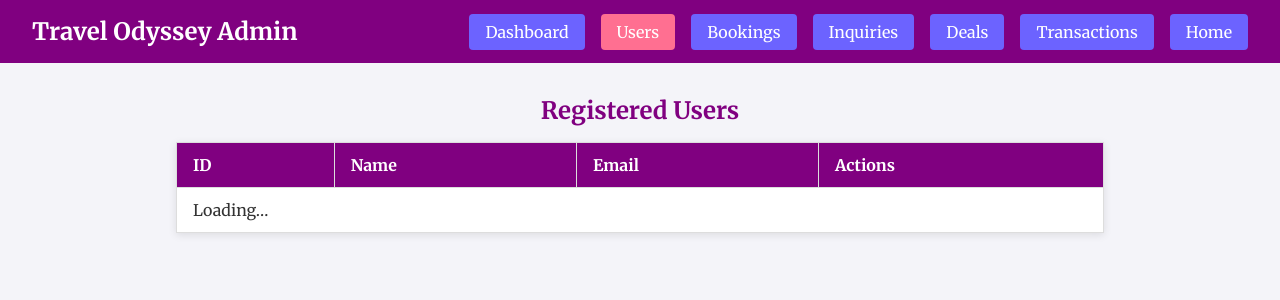
Repository: GHzPhoenix/Project-Odyssey
Page: Frontend/admin-users.html
An editor plug-in stored every save of this project. The page is shown before and after the next save, followed by the edit.
The browser window is 1280 px wide. The pictures show the whole page.
The page's requests for data from a server got no answer.

Above is the page before, as saved 2025-07-20 13:42:41.

### Frontend/admin-users.html
<!DOCTYPE html>
<html lang="en">
  <head>
    <meta charset="UTF-8" />
    <meta name="viewport" content="width=device-width, initial-scale=1.0" />
    <title>Admin – User Management | Travel Odyssey</title>
    <link rel="stylesheet" href="/Frontend/css/admin-users.css" />
  </head>
  <body>
    <header>
      <nav>
        <div class="logo">Travel Odyssey Admin</div>
        <ul>
          <li><a href="admin.html">Dashboard</a></li>
          <li><a href="admin-users.html" class="active">Users</a></li>
          <li><a href="admin-bookings.html">Bookings</a></li>
          <li><a href="inquiries.html">Inquiries</a></li>
          <li><a href="add-deal.html">Deals</a></li>
          <li><a href="transactions.html">Transactions</a></li>
          <li><a href="index.html">Home</a></li>
        </ul>
      </nav>
    </header>

    <main>
      <h2 class="section">Registered Users</h2>
      <table id="users-table">
        <thead>
          <tr>
            <th>ID</th>
            <th>Name</th>
            <th>Email</th>
            <th>Actions</th>
          </tr>
        </thead>
        <tbody>
          <tr>
            <td colspan="6">Loading…</td>
          </tr>
        </tbody>
      </table>
    </main>

    <div id="edit-modal" class="modal-overlay">
      <div class="modal">
        <h3>Edit User</h3>
        <form id="edit-form">
          <div class="input-group">
            <label for="edit-name">Name</label>
            <input type="text" id="edit-name" name="name" required />
          </div>
          <div class="input-group">
            <label for="edit-email">Email</label>
            <input type="email" id="edit-email" name="email" required />
          </div>
          <div class="input-group">
            <label for="edit-role">Role</label>
            <select id="edit-role" name="role">
              <option value="user">User</option>
              <option value="admin">Admin</option>
            </select>
          </div>
          <div class="modal-footer">
            <button type="button" id="edit-cancel" class="action-btn">
              Cancel
            </button>
            <button type="submit" class="action-btn edit-btn">Save</button>
          </div>
        </form>
      </div>
    </div>

    <script>
      const baseUrl = "http://127.0.0.1:5002";
      const token = localStorage.getItem("token") || "";
      let users = [];

      async function fetchJSON(path, opts = {}) {
        const res = await fetch(baseUrl + path, {
          ...opts,
          headers: {
            "Content-Type": "application/json",
            Authorization: "Bearer " + token,
          },
        });
        if (!res.ok) throw await res.json();
        return res.json();
      }

      async function loadUsers() {
        try {
          users = await fetchJSON("/api/users");
          const tbody = document.querySelector("#users-table tbody");
          tbody.innerHTML = users
            .map(
              (u) => `
            <tr>
              <td>${u.id}</td>
              <td>${u.name}</td>
              <td>${u.email}</td>
              <td>${u.role}</td>
              <td>
                <button class="action-btn edit-btn" data-id="${u.id}">Edit</button>
                <button class="action-btn delete-btn" data-id="${u.id}">Delete</button>
              </td>
            </tr>
          `
            )
            .join("");
          document
            .querySelectorAll(".edit-btn")
            .forEach((b) => (b.onclick = () => openEdit(b.dataset.id)));
          document
            .querySelectorAll(".delete-btn")
            .forEach((b) => deleteUser(b.dataset.id));
        } catch (e) {
          console.error(e);
        }
      }

      function deleteUser(id) {
        document.querySelector(`button.delete-btn[data-id='${id}']`).onclick =
          async () => {
            if (!confirm("Delete this user?")) return;
            try {
              await fetchJSON(`/api/users/${id}`, { method: "DELETE" });
              loadUsers();
            } catch (err) {
              alert(err.error || "Delete failed");
            }
          };
      }

      let currentId;
      function openEdit(id) {
        currentId = Number(id);
        const u = users.find((x) => x.id === currentId);
        document.getElementById("edit-name").value = u.name;
        document.getElementById("edit-email").value = u.email;
        document.getElementById("edit-role").value = u.role;
        document.getElementById("edit-modal").classList.add("active");
      }
      document.getElementById("edit-cancel").onclick = () =>
        document.getElementById("edit-modal").classList.remove("active");
      document.getElementById("edit-form").onsubmit = async (e) => {
        e.preventDefault();
        const body = {
          name: document.getElementById("edit-name").value.trim(),
          email: document.getElementById("edit-email").value.trim(),
          role: document.getElementById("edit-role").value,
        };
        try {
          await fetchJSON(`/api/users/${currentId}`, {
            method: "PUT",
            body: JSON.stringify(body),
          });
          document.getElementById("edit-modal").classList.remove("active");
          loadUsers();
        } catch (err) {
          alert(err.error || "Update failed");
        }
      };

      document.addEventListener("DOMContentLoaded", loadUsers);
    </script>
  </body>
</html>

### Frontend/css/admin-users.css
@import url("https://fonts.googleapis.com/css2?family=Merriweather:wght@300;400;700&display=swap");

* {
  box-sizing: border-box;
  margin: 0;
  padding: 0;
}

body {
  font-family: "Merriweather", serif;
  background: #f4f4f9;
  color: #333;
}

.action-btn,
.action {
  background: #6c63ff;
  color: white;
  border: none;
  padding: 0.4rem 0.8rem;
  border-radius: 4px;
  cursor: pointer;
  font-size: 0.9rem;
  transition: background 0.2s ease;
}

.action-btn:hover,
.action:hover {
  background: #5950d4;
}

.modal-overlay {
  display: none;
  position: fixed;
  inset: 0;
  background: rgba(0, 0, 0, 0.6);
  align-items: center;
  justify-content: center;
  z-index: 1000;
}

.modal-overlay.active {
  display: flex;
}

.modal {
  background: #fff;
  padding: 2rem;
  border-radius: 8px;
  width: 90%;
  max-width: 400px;
  box-shadow: 0 2rem 4rem rgba(0, 0, 0, 0.2);
}

.modal h3 {
  margin-bottom: 1rem;
  color: purple;
}

.modal table {
  width: 100%;
  border-collapse: collapse;
  margin-top: 1rem;
}

.modal th,
.modal td {
  padding: 0.5rem;
  border: 1px solid #ddd;
}

.modal th {
  background: #f9f9ff;
}

.modal-footer {
  text-align: right;
  margin-top: 1rem;
}

header nav {
  background: purple;
  padding: 1rem 2rem;
  display: flex;
  align-items: center;
  justify-content: space-between;
}

header nav .logo {
  color: white;
  font-size: 1.5rem;
  font-weight: bold;
}

header nav ul {
  list-style: none;
  display: flex;
  gap: 1rem;
}

header nav a {
  color: white;
  text-decoration: none;
  padding: 0.5rem 1rem;
  background: #6c63ff;
  border-radius: 4px;
  transition: background 0.2s;
}

header nav a.active,
header nav a:hover {
  background: #ff6f91;
}

main {
  max-width: 960px;
  margin: 2rem auto;
  padding: 0 1rem;
}

h2 {
  color: purple;
  margin-bottom: 1rem;
  text-align: center;
}

table {
  width: 100%;
  border-collapse: collapse;
  background: white;
  margin-top: 1rem;
  box-shadow: 0 2px 8px rgba(0, 0, 0, 0.1);
}

th,
td {
  padding: 0.75rem 1rem;
  border: 1px solid #ddd;
  text-align: left;
}

th {
  background: purple;
  color: white;
  font-weight: 600;
}

tr:nth-child(even) td {
  background: #f9f9ff;
}

.file-input-btn {
  display: inline-block;
  background: #6c63ff;
  color: #fff;
  padding: 0.5rem 1rem;
  border-radius: 4px;
  cursor: pointer;
  font-size: 0.9rem;
  transition: background 0.2s;
}

.file-input-btn:hover {
  background: #5950d4;
}

#modal-file-chosen {
  margin-left: 0.75rem;
  font-size: 0.9rem;
  color: #555;
  vertical-align: middle;
}

.file-input-group {
  margin-bottom: 1rem;
}

After the next save:
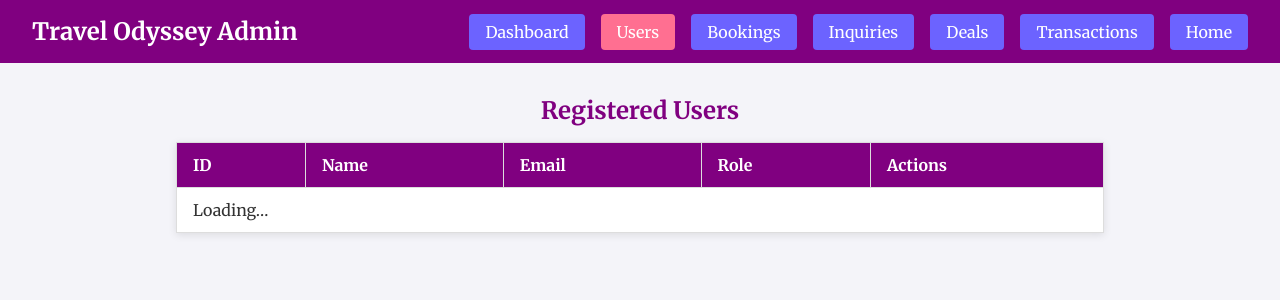
Saved 65 s later.
--- a/Frontend/admin-users.html
+++ b/Frontend/admin-users.html
@@ -30,12 +30,14 @@
             <th>ID</th>
             <th>Name</th>
             <th>Email</th>
+            <th>Role</th>
             <th>Actions</th>
           </tr>
         </thead>
         <tbody>
           <tr>
-            <td colspan="6">Loading…</td>
+            <!-- colspan now 5 to match the five columns above -->
+            <td colspan="5">Loading…</td>
           </tr>
         </tbody>
       </table>
